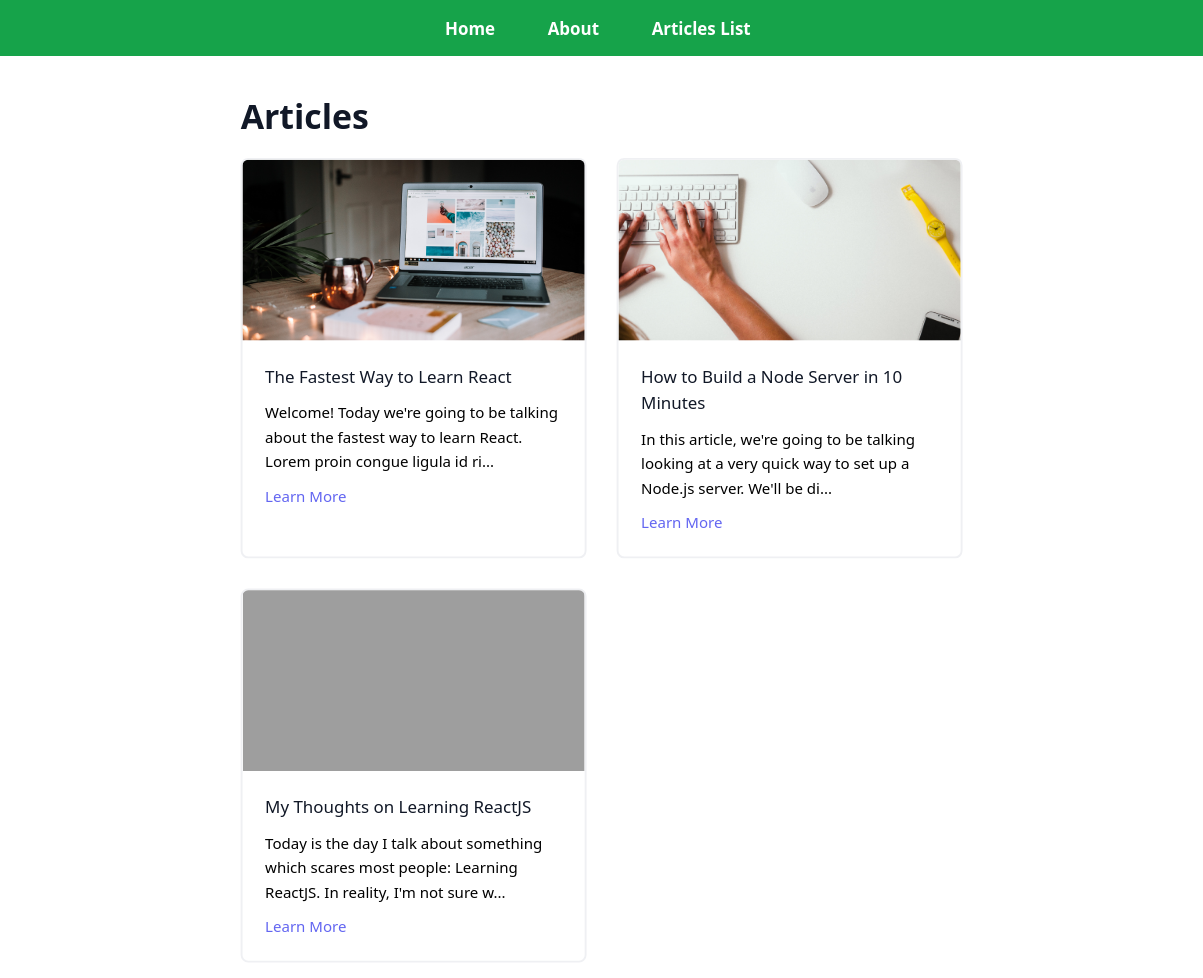
Repository: ymw0331/blog-mern-webapp
Page: /articles-list (app in client/)
An editor plug-in stored every save of this project. The page is shown before and after the next save, followed by the edit.
The browser window is 1280 px wide. The pictures show the whole page, at 94% of full size.
Pictures or frames that could not be fetched are drawn as grey boxes. The project was rebuilt for these pictures with package versions that can differ from the ones it lists, and the page was loaded fresh each time. Also part of the build but not shown: client/src/pages/Home.js, client/src/pages/About.js, client/src/pages/Article.js.

Above is the page before, as saved 2022-12-10 21:34:20.

### client/src/App.js
import { BrowserRouter as Router, Route, Routes } from 'react-router-dom';
// Pages
import Home from './pages/Home';
import About from './pages/About';
import Article from './pages/Article';
import ArticlesList from './pages/ArticlesList';
import Navbar from './components/Navbar';

function App() {
  return (
    <Router>
      <Navbar />
      <div className='max-w-screen-md mx-auto pt-20'>
        <Routes>
          <Route path='/' element={<Home />} />
          <Route path='/about' element={<About />} />
          <Route path='/articles-list' element={<ArticlesList />} />
          <Route path='/article/:name' element={<Article />} />
        </Routes>
      </div>
    </Router>
  );
}

export default App;

### client/src/pages/ArticlesList.js
import React from 'react';
import articleContent from './article-content';
import Articles from '../components/Articles';

const ArticlesList = () => {
  return (
    <div>
      <h1 className='sm:text-4xl text-2xl font-bold my-6 text-gray-900'>
        Articles
      </h1>
      <div classname='container py-4 mx-auto'>
        <div className='flex flex-wrap -m-4'>
          <Articles articles={articleContent} />
        </div>
      </div>
    </div>
  );
};

export default ArticlesList;

### client/src/components/Navbar.js
import React from 'react';
import { Link } from 'react-router-dom';

const Navbar = () => {
  return (
    <nav className='border-b4 border-green-700 text-center fixed top-0 bg-green-600 font-bold w-full text-lg text-white'>
      <ul>
        <li className='inline-block py-4'>
          <Link to='/' className='pl-6 pr-8'>
            Home
          </Link>
        </li>
        <li className='inline-block py-4'>
          <Link to='/about' className='pl-6 pr-8'>
            About
          </Link>
        </li>
        <li className='inline-block py-4'>
          <Link to='/articles-list' className='pl-6 pr-8'>
            Articles List
          </Link>
        </li>
      </ul>
    </nav>
  );
};

export default Navbar;

### client/src/pages/article-content.js
const articles = [
  {
    name: 'learn-react',
    title: 'The Fastest Way to Learn React',
    thumbnail: '/images/blog1.jpeg',
    content: [
      `Welcome! Today we're going to be talking about the fastest way to learn React. Lorem proin congue ligula id risus posuere, vel eleifend ex egestas. Sed in turpis leo. Aliquam malesuada in massa tincidunt egestas. Nam consectetur varius turpis, non porta arcu porttitor non. In tincidunt vulputate nulla quis egestas. Ut eleifend ut ipsum non fringilla. Praesent imperdiet nulla nec est luctus, at sodales purus euismod.`,
      `Donec vel mauris lectus. Etiam nec lectus urna. Sed sodales ultrices dapibus. Nam blandit tristique risus, eget accumsan nisl interdum eu. Aenean ac accumsan nisi. Nunc vel pulvinar diam. Nam eleifend egestas viverra. Donec finibus lectus sed lorem ultricies, eget ornare leo luctus. Morbi vehicula, nulla eu tempor interdum, nibh elit congue tellus, ac vulputate urna lorem nec nisi. Morbi id consequat quam. Vivamus accumsan dui in facilisis aliquet.`,
      `Etiam nec lectus urna. Sed sodales ultrices dapibus. Nam blandit tristique risus, eget accumsan nisl interdum eu. Aenean ac accumsan nisi. Nunc vel pulvinar diam. Nam eleifend egestas viverra. Donec finibus lectus sed lorem ultricies, eget ornare leo luctus. Morbi vehicula, nulla eu tempor interdum, nibh elit congue tellus, ac vulputate urna lorem nec nisi. Morbi id consequat quam. Vivamus accumsan dui in facilisis aliquet.`,
    ],
  },
  {
    name: 'learn-node',
    title: 'How to Build a Node Server in 10 Minutes',
    thumbnail: '/images/blog2.jpeg',
    content: [
      `In this article, we're going to be talking looking at a very quick way to set up a Node.js server. We'll be discussing some topics such as proin congue ligula id risus posuere, vel eleifend ex egestas. Sed in turpis leo. Aliquam malesuada in massa tincidunt egestas. Nam consectetur varius turpis, non porta arcu porttitor non. In tincidunt vulputate nulla quis egestas. Ut eleifend ut ipsum non fringilla. Praesent imperdiet nulla nec est luctus, at sodales purus euismod.`,
      `Donec vel mauris lectus. Etiam nec lectus urna. Sed sodales ultrices dapibus. Nam blandit tristique risus, eget accumsan nisl interdum eu. Aenean ac accumsan nisi. Nunc vel pulvinar diam. Nam eleifend egestas viverra. Donec finibus lectus sed lorem ultricies, eget ornare leo luctus. Morbi vehicula, nulla eu tempor interdum, nibh elit congue tellus, ac vulputate urna lorem nec nisi. Morbi id consequat quam. Vivamus accumsan dui in facilisis aliquet.`,
      `Etiam nec lectus urna. Sed sodales ultrices dapibus. Nam blandit tristique risus, eget accumsan nisl interdum eu. Aenean ac accumsan nisi. Nunc vel pulvinar diam. Nam eleifend egestas viverra. Donec finibus lectus sed lorem ultricies, eget ornare leo luctus. Morbi vehicula, nulla eu tempor interdum, nibh elit congue tellus, ac vulputate urna lorem nec nisi. Morbi id consequat quam. Vivamus accumsan dui in facilisis aliquet.`,
    ],
  },
  {
    name: 'my-thoughts-on-learning-react',
    title: 'My Thoughts on Learning ReactJS',
    thumbnail: '/images/blog3.jpeg',
    content: [
      `Today is the day I talk about something which scares most people: Learning ReactJS. In reality, I'm not sure why people have such a hard time with Learning ReactJS ligula id risus posuere, vel eleifend ex egestas. Sed in turpis leo. Aliquam malesuada in massa tincidunt egestas. Nam consectetur varius turpis, non porta arcu porttitor non. In tincidunt vulputate nulla quis egestas. Ut eleifend ut ipsum non fringilla. Praesent imperdiet nulla nec est luctus, at sodales purus euismod.`,
      `Donec vel mauris lectus. Etiam nec lectus urna. Sed sodales ultrices dapibus. Nam blandit tristique risus, eget accumsan nisl interdum eu. Aenean ac accumsan nisi. Nunc vel pulvinar diam. Nam eleifend egestas viverra. Donec finibus lectus sed lorem ultricies, eget ornare leo luctus. Morbi vehicula, nulla eu tempor interdum, nibh elit congue tellus, ac vulputate urna lorem nec nisi. Morbi id consequat quam. Vivamus accumsan dui in facilisis aliquet.`,
      `Etiam nec lectus urna. Sed sodales ultrices dapibus. Nam blandit tristique risus, eget accumsan nisl interdum eu. Aenean ac accumsan nisi. Nunc vel pulvinar diam. Nam eleifend egestas viverra. Donec finibus lectus sed lorem ultricies, eget ornare leo luctus. Morbi vehicula, nulla eu tempor interdum, nibh elit congue tellus, ac vulputate urna lorem nec nisi. Morbi id consequat quam. Vivamus accumsan dui in facilisis aliquet.`,
    ],
  },
];
export default articles;

### client/src/components/Articles.js
import React from 'react';
import { Link } from 'react-router-dom';

const Articles = ({ articles }) => {
  return (
    <>
      {articles.map((article, index) => (
        <div key={index} className='p-4 md:w-1/2'>
          <div className='h-full border-2 border-gray-200 border-opacity-60 rounded-lg overflow-hidden'>
            <Link to={`/article/${article.name}`}>
              <img
                className='lg:h-48 md:h-36 w-full object-cover object-center'
                src={article.thumbnail}
                alt='blog'
              />
            </Link>
            <div className='p-6'>
              <Link key={index} to={`/article/${article.name}`}>
                <h3 className='text-lg font-medium text-gray-900 mb-3'>
                  {article.title}
                </h3>
              </Link>
              <p className='leading-relaxed mb-3'>
                {article.content[0].substring(0, 110)}...
              </p>
              <div className='flex item-center flex-wrap'>
                <Link
                  className='text-indigo-500 inline-flex items-center md:mb-2 lg:mb-0'
                  to={`/article/${article.name}`}
                >
                  Learn More
                </Link>
              </div>
            </div>
          </div>
        </div>
      ))}
    </>
  );
};

export default Articles;

Loaded but not shown: client/public/index.html (common file); client/src/index.js (common file); client/src/index.css (common file); client/src/reportWebVitals.js (common file); client/tailwind.config.js (common file)

After the next save:
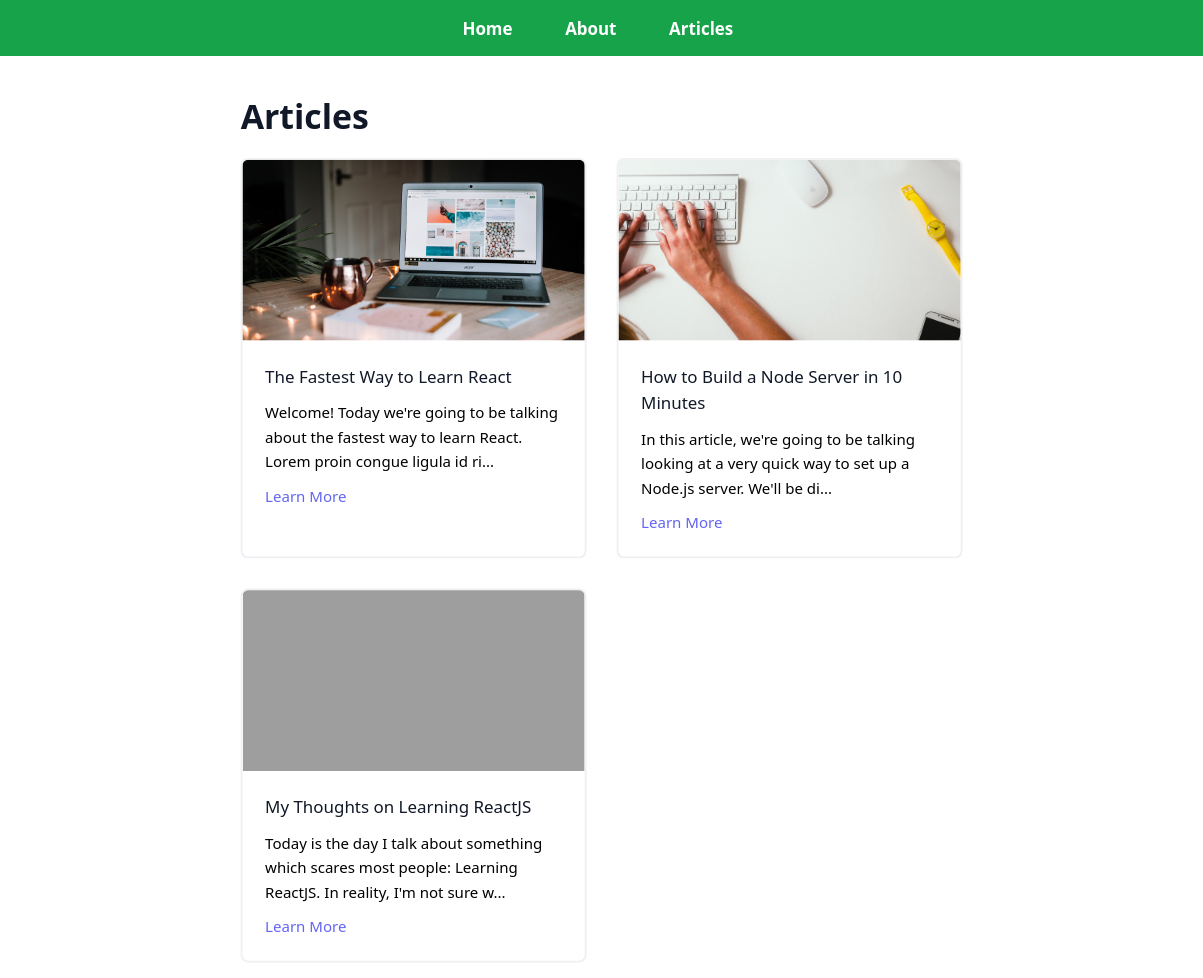
Saved 47 s later.
--- a/client/src/components/Navbar.js
+++ b/client/src/components/Navbar.js
@@ -17,7 +17,7 @@ const Navbar = () => {
         </li>
         <li className='inline-block py-4'>
           <Link to='/articles-list' className='pl-6 pr-8'>
-            Articles List
+            Articles
           </Link>
         </li>
       </ul>
